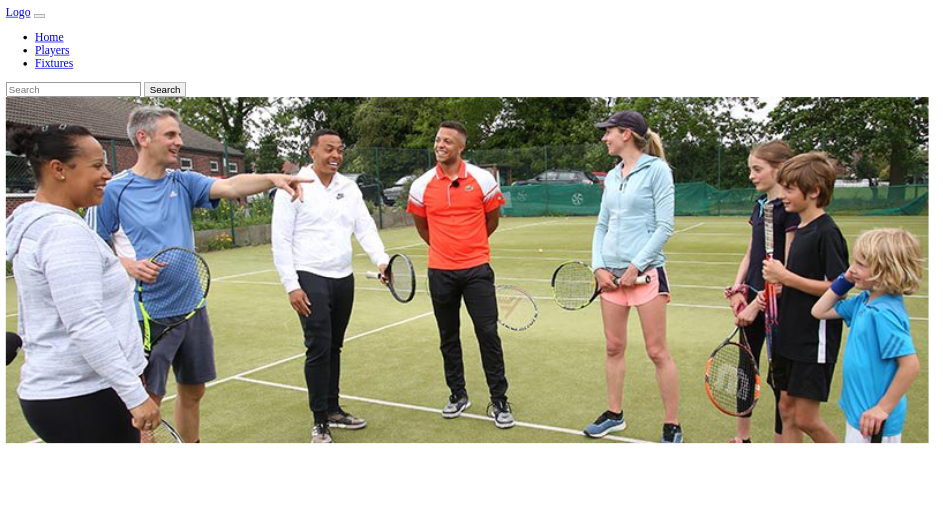
Repository: shanicenaliakanyongesa/kotlin_cont
Page: http://localhost/players/
These files come from the project's save history. The page is drawn as it stood at one moment and after the next save; the edit follows.
The browser window is 1280 px wide. The page is 1280 px wide, then 1292 px, so the pictures cover 1292 px, including what lies to the right of the window. The pictures show the whole page, at 73% of full size.
The page is served by the project's application, run on Django 5.2 (manage.py). Other server files are loaded and not shown.

Above is the page before, as saved 2024-10-29 13:53:24.

### members/templates/players.html
<!DOCTYPE html>
<html lang="en">
<head>
    <meta charset="UTF-8">
    <meta name="viewport" content="width=device-width, initial-scale=1.0">
    <title>Players</title>
</head>
<body>
      <!-- Include Navbar -->
    {% include 'navbar.html' %}
    <section class="row container-fluid">
        <div class="col-md-12">
            {% load static %}
            <img src="{% static 'players.jpeg' %}" alt="My image" width="100%">
        </div>
    </section>

</body>
</html>

### members/templates/navbar.html
<nav class="navbar navbar-expand-sm navbar-dark bg-dark">
    <div class="container-fluid">
    <a class="navbar-brand" href="javascript:void(0)">Logo</a>
    <button class="navbar-toggler" type="button" data-bs-toggle="collapse" data-bs-target="#mynavbar">
        <span class="navbar-toggler-icon"></span>
    </button>
    <div class="collapse navbar-collapse" id="mynavbar">
        <ul class="navbar-nav me-auto">
        <li class="nav-item">
            <a class="nav-link" href="/home">Home</a>
        </li>
        <li class="nav-item">
            <a class="nav-link" href="/players">Players</a>
        </li>
        <li class="nav-item">
            <a class="nav-link" href="/fixtures">Fixtures</a>
        </li>
        </ul>
        <form class="d-flex">
        <input class="form-control me-2" type="text" placeholder="Search">
        <button class="btn btn-primary" type="button">Search</button>
        </form>
    </div>
    </div>
</nav>

### members/views.py
from django.shortcuts import render
from django.http import HttpResponse
from django.template import loader
    # Create your views here.
def home(request):
    template = loader.get_template('home.html')
    return HttpResponse(template.render())
        #return HttpResponse("Hello World")
def players(request):
    template = loader.get_template('players.html')
    return HttpResponse(template.render())

### firstly/urls.py
"""
URL configuration for firstly project.

The `urlpatterns` list routes URLs to views. For more information please see:
    https://docs.djangoproject.com/en/5.1/topics/http/urls/
Examples:
Function views
    1. Add an import:  from my_app import views
    2. Add a URL to urlpatterns:  path('', views.home, name='home')
Class-based views
    1. Add an import:  from other_app.views import Home
    2. Add a URL to urlpatterns:  path('', Home.as_view(), name='home')
Including another URLconf
    1. Import the include() function: from django.urls import include, path
    2. Add a URL to urlpatterns:  path('blog/', include('blog.urls'))
"""
from django.contrib import admin
from django.urls import include, path

urlpatterns = [
    path('', include('members.urls')),
    path('admin/', admin.site.urls),


]

### members/urls.py
#from django.urls import path: This imports the path function from Django's URL module, which is used to define URL patterns.
#
from django.urls import path
from . import views

urlpatterns = [
    path('home/', views.home, name='home'),
    path('players/', views.players, name='players'),
]

After the next save:
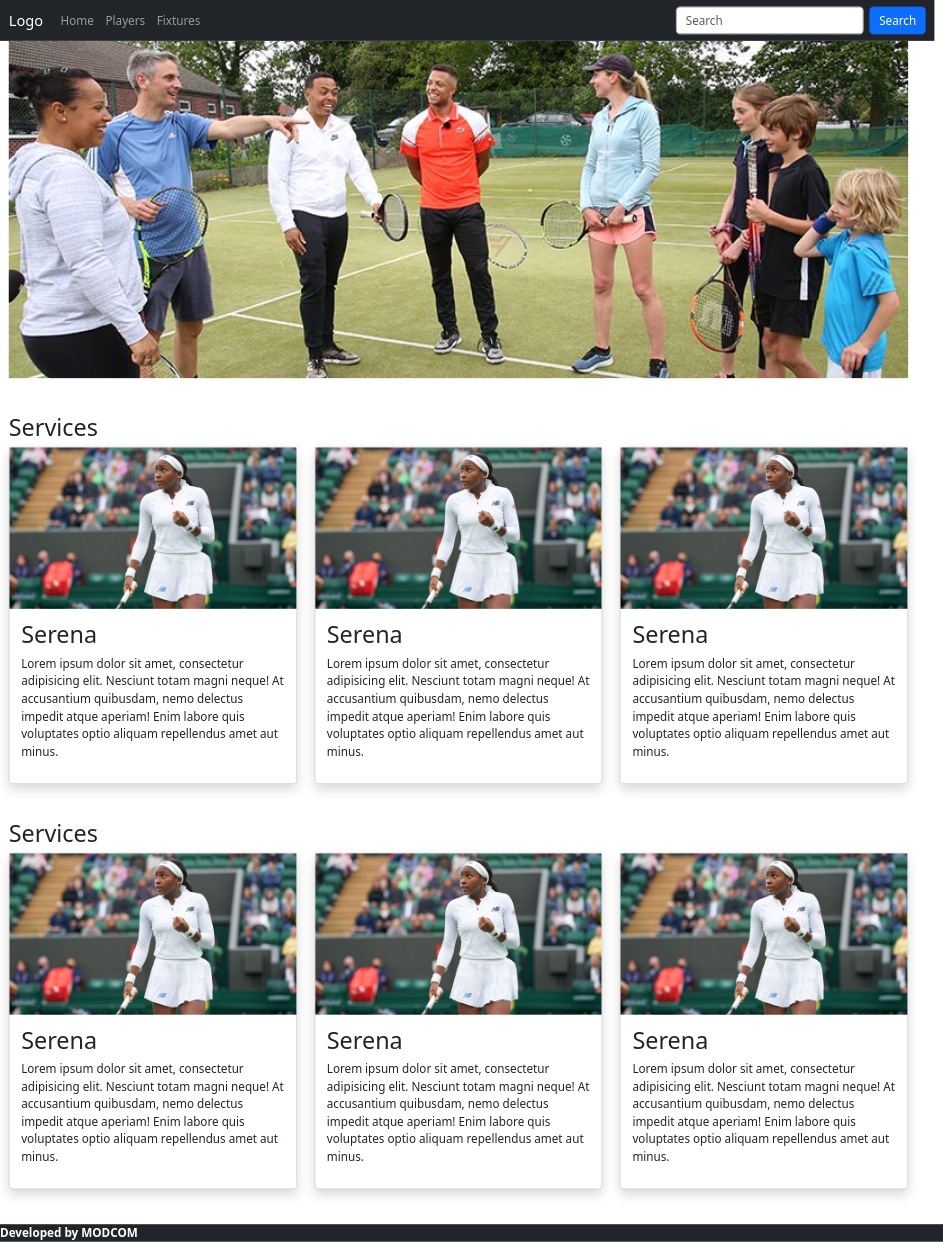
Saved 55 s later.
--- a/members/templates/players.html
+++ b/members/templates/players.html
@@ -3,6 +3,8 @@
 <head>
     <meta charset="UTF-8">
     <meta name="viewport" content="width=device-width, initial-scale=1.0">
+    <link href="https://cdn.jsdelivr.net/npm/bootstrap@5.3.3/dist/css/bootstrap.min.css" rel="stylesheet" integrity="sha384-QWTKZyjpPEjISv5WaRU9OFeRpok6YctnYmDr5pNlyT2bRjXh0JMhjY6hW+ALEwIH" crossorigin="anonymous">
+    <script src="https://cdn.jsdelivr.net/npm/bootstrap@5.3.3/dist/js/bootstrap.bundle.min.js" integrity="sha384-YvpcrYf0tY3lHB60NNkmXc5s9fDVZLESaAA55NDzOxhy9GkcIdslK1eN7N6jIeHz" crossorigin="anonymous"></script>
     <title>Players</title>
 </head>
 <body>
@@ -15,5 +17,88 @@
         </div>
     </section>
 
+
+    <br><br>
+    <section class="row container-fluid">
+        <h2>Services</h2>
+         <div class="col-md-4">
+              <div class="card shadow">
+                {% load static %}
+                <img src="{% static 'serena.jpeg' %}" alt="My image" width="100%">
+                <div class="card-body">
+                      <h2>Serena</h2>
+                      <p>Lorem ipsum dolor sit amet, consectetur adipisicing elit. Nesciunt totam magni neque! At accusantium quibusdam, nemo delectus impedit atque aperiam! Enim labore quis voluptates optio aliquam repellendus amet aut minus.</p>
+                </div>
+              </div>
+         </div>
+
+         <div class="col-md-4">
+            <div class="card shadow">
+                {% load static %}
+                <img src="{% static 'serena.jpeg' %}" alt="My image" width="100%">
+                <div class="card-body">
+                      <h2>Serena</h2>
+                      <p>Lorem ipsum dolor sit amet, consectetur adipisicing elit. Nesciunt totam magni neque! At accusantium quibusdam, nemo delectus impedit atque aperiam! Enim labore quis voluptates optio aliquam repellendus amet aut minus.</p>
+                </div>
+              </div>
+         </div>
+
+         <div class="col-md-4">
+            <div class="card shadow">
+                {% load static %}
+                <img src="{% static 'serena.jpeg' %}" alt="My image" width="100%">
+                <div class="card-body">
+                      <h2>Serena</h2>
+                      <p>Lorem ipsum dolor sit amet, consectetur adipisicing elit. Nesciunt totam magni neque! At accusantium quibusdam, nemo delectus impedit atque aperiam! Enim labore quis voluptates optio aliquam repellendus amet aut minus.</p>
+                </div>
+              </div>
+         </div>
+    </section>
+
+
+    <br><br>
+    <section class="row container-fluid">
+        <h2>Services</h2>
+         <div class="col-md-4">
+              <div class="card shadow">
+                {% load static %}
+                <img src="{% static 'serena.jpeg' %}" alt="My image" width="100%">
+                <div class="card-body">
+                      <h2>Serena</h2>
+                      <p>Lorem ipsum dolor sit amet, consectetur adipisicing elit. Nesciunt totam magni neque! At accusantium quibusdam, nemo delectus impedit atque aperiam! Enim labore quis voluptates optio aliquam repellendus amet aut minus.</p>
+                </div>
+              </div>
+         </div>
+
+         <div class="col-md-4">
+            <div class="card shadow">
+                {% load static %}
+                <img src="{% static 'serena.jpeg' %}" alt="My image" width="100%">
+                <div class="card-body">
+                      <h2>Serena</h2>
+                      <p>Lorem ipsum dolor sit amet, consectetur adipisicing elit. Nesciunt totam magni neque! At accusantium quibusdam, nemo delectus impedit atque aperiam! Enim labore quis voluptates optio aliquam repellendus amet aut minus.</p>
+                </div>
+              </div>
+         </div>
+
+         <div class="col-md-4">
+            <div class="card shadow">
+                {% load static %}
+                <img src="{% static 'serena.jpeg' %}" alt="My image" width="100%">
+                <div class="card-body">
+                      <h2>Serena</h2>
+                      <p>Lorem ipsum dolor sit amet, consectetur adipisicing elit. Nesciunt totam magni neque! At accusantium quibusdam, nemo delectus impedit atque aperiam! Enim labore quis voluptates optio aliquam repellendus amet aut minus.</p>
+                </div>
+              </div>
+         </div>
+    </section>
+
+    <br><br>
+    <section class="row">
+         <div class="col-md-12 bg-dark">
+                <b class="text-white">Developed by MODCOM</b>
+         </div>
+    </section>
+
 </body>
 </html>
